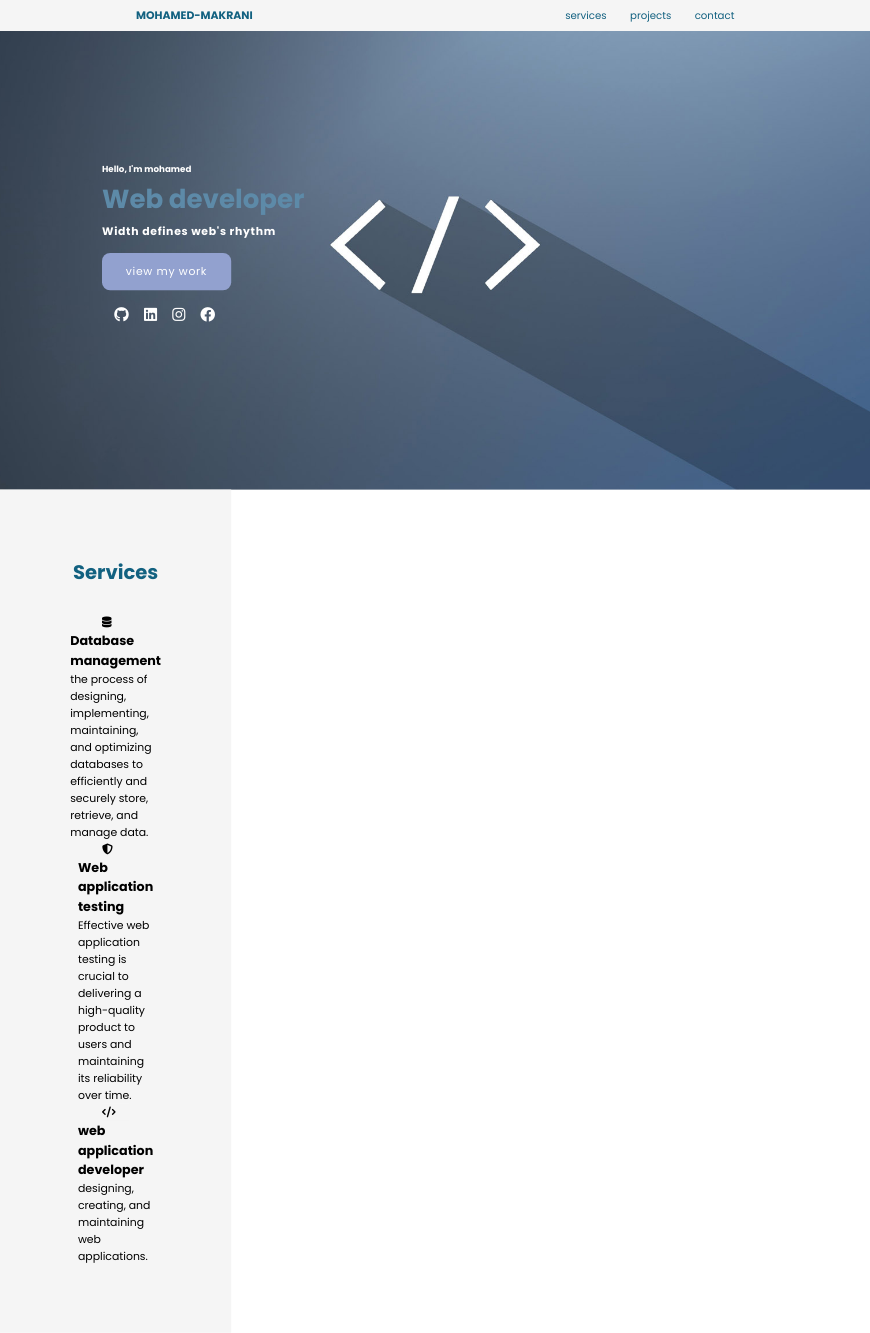
Repository: mohamed-makrani/Portfolio
Page: indixe.html
The author's editor kept a copy of each file at every save. The page is drawn from the files as they stood at one save, then again after the next save.
The browser window is 1280 px wide. The pictures show the whole page, at 68% of full size.
Backgrounds fixed to the window are drawn as part of the page.

Above is the page before, as saved 2023-09-16 19:11:11.

After the next save:
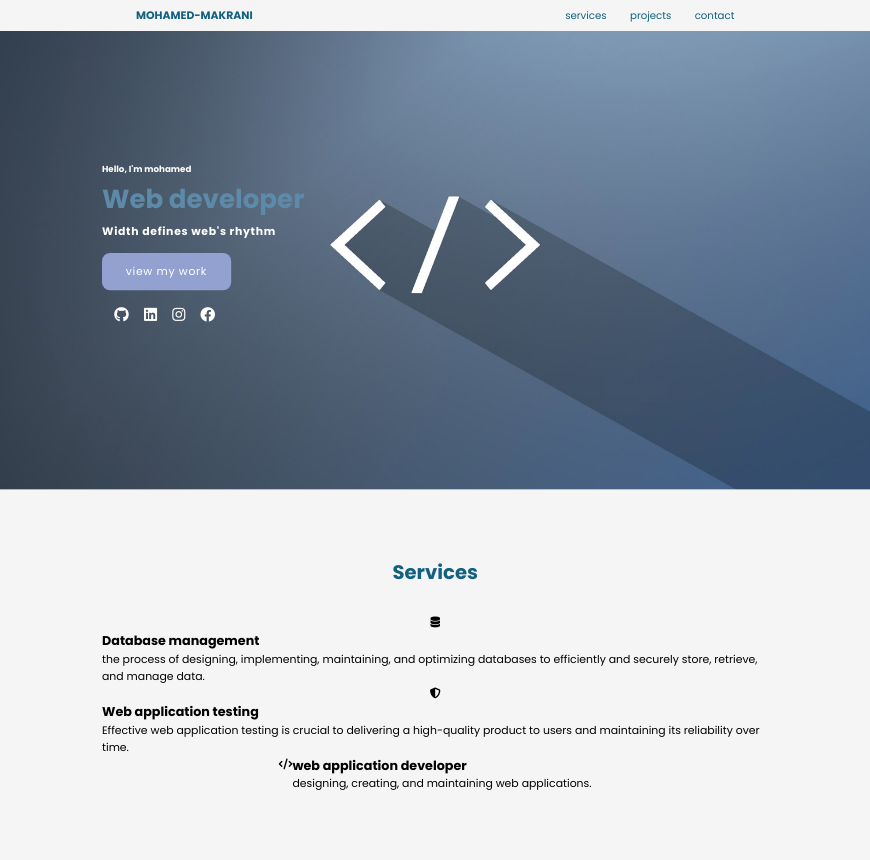
Saved 81 s later.
--- a/style.css
+++ b/style.css
@@ -119,12 +119,11 @@ transition: 0.7s ease;
    margin-bottom: 40px;
 }
 .content {
-   display: flex;
+   display:flex;
    justify-content: center;
    flex-direction: row;
    flex-wrap: wrap;
 }
 .card {
    background-color:#f5f5f5;
-   width:21.25em;
 }
